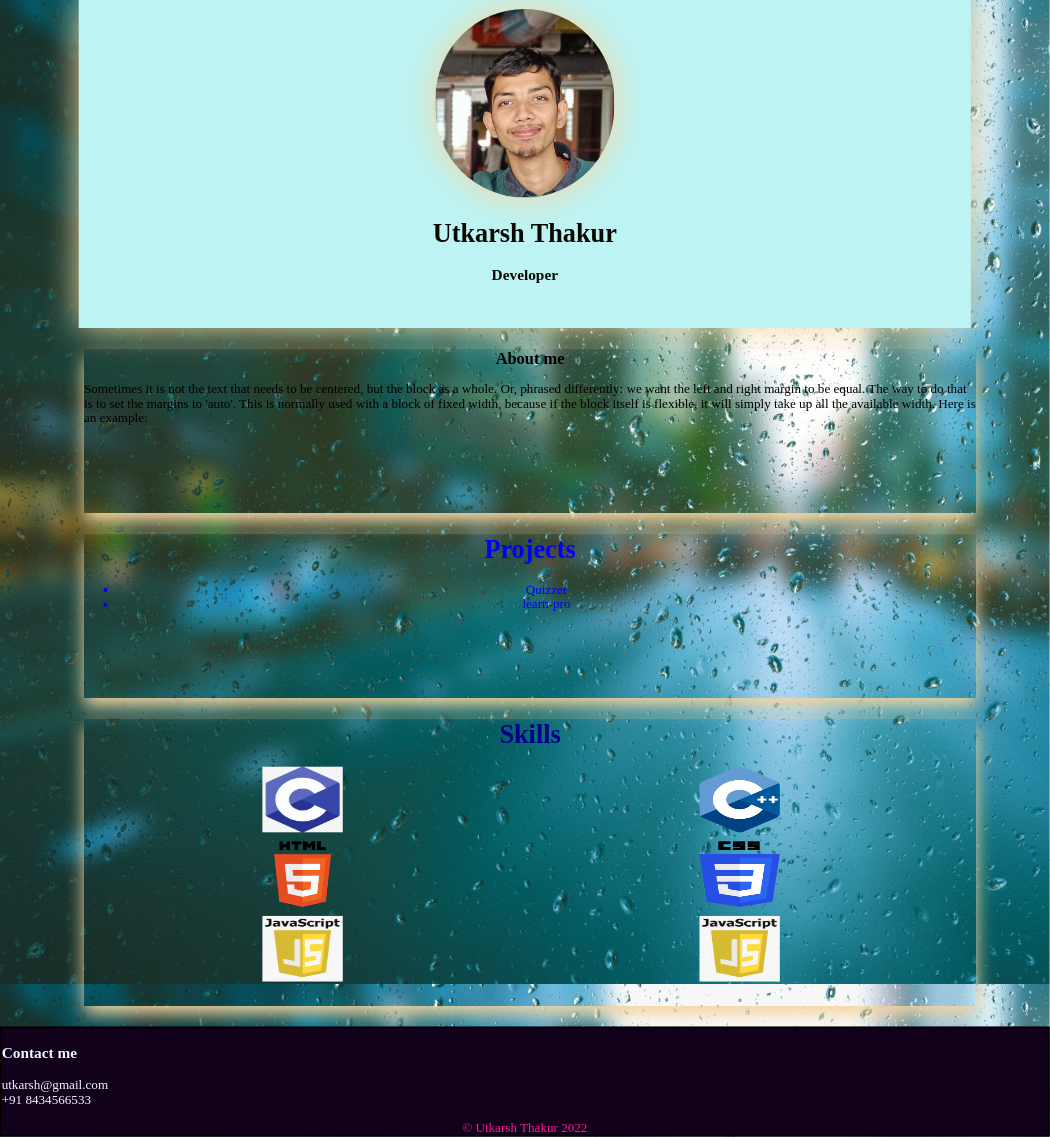
Repository: UtkarshThakur321/Utkarsh-Thakur-Profile
Page: index.html
The author's editor kept a copy of each file at every save. The page is drawn from the files as they stood at one save, then again after the next save.
The browser window is 1280 px wide. The pictures show the whole page, at 82% of full size.

Above is the page before, as saved 2022-01-23 00:22:11.
Not found: main.js

After the next save:
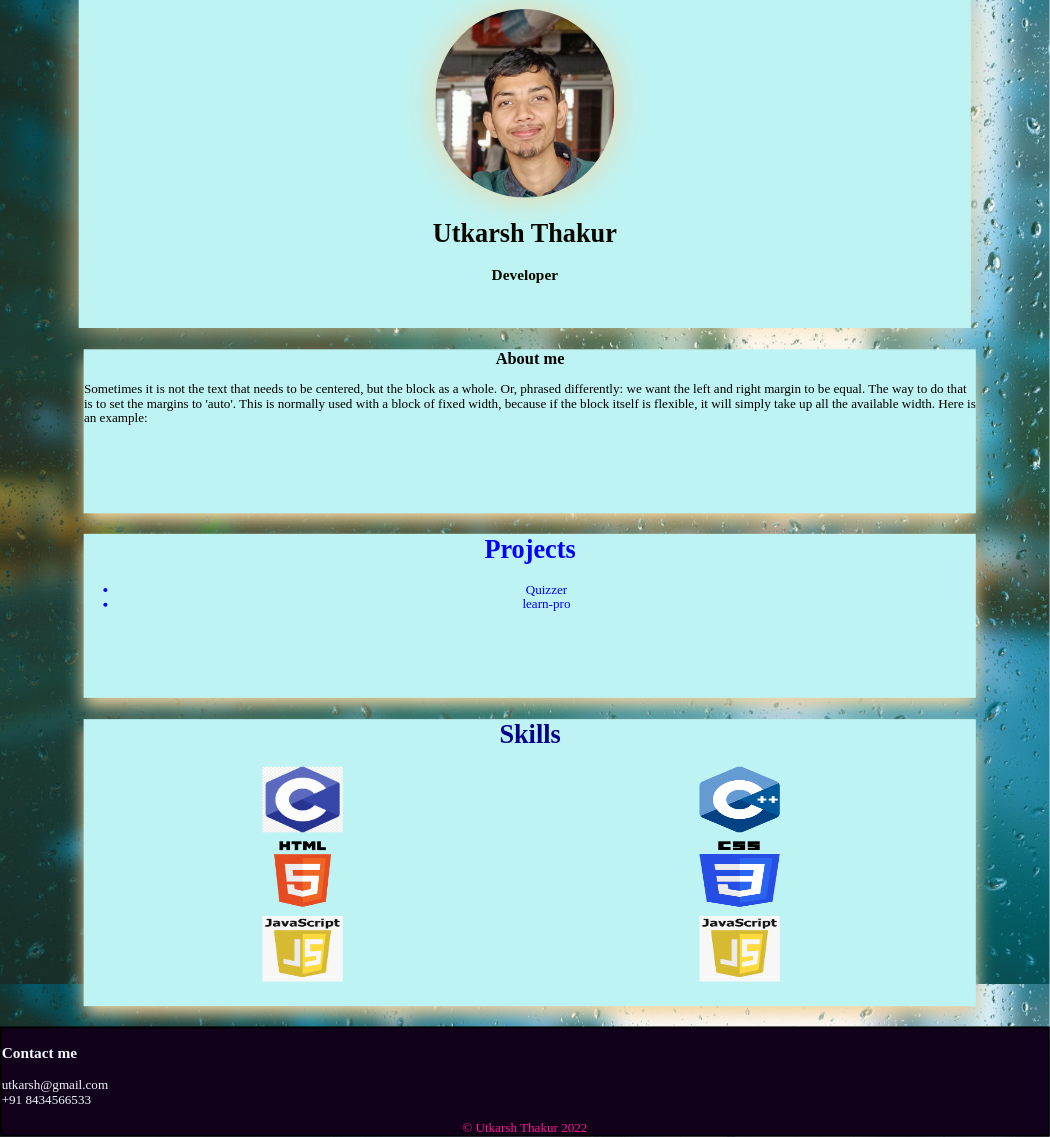
Saved 54 s later.
--- a/index.css
+++ b/index.css
@@ -36,7 +36,9 @@ body{
     margin-left:8%;
     box-shadow: 0px 10px 20px rgb(245, 212, 159);
     margin-bottom: 2%;
+    background-color: rgb(190, 243, 243);
 }
+
 
 
 #aboutMeHeading{
@@ -58,9 +60,11 @@ body{
         /* border:2px solid green; */
         margin-left:8%;
         box-shadow: 0px 10px 20px rgb(245, 212, 159);
-        font-family:cursive;    color:blue;
+        font-family:cursive;
+         color:blue;
     text-align: center;
     margin-bottom: 2%;
+    background-color: rgb(190, 243, 243);
 
 }
 
@@ -73,7 +77,7 @@ body{
         margin-left:8%;
         box-shadow: 0px 10px 20px rgb(245, 212, 159);
         margin-bottom: 2%;
-
+        background-color: rgb(190, 243, 243);
 }
 
 #skills{
